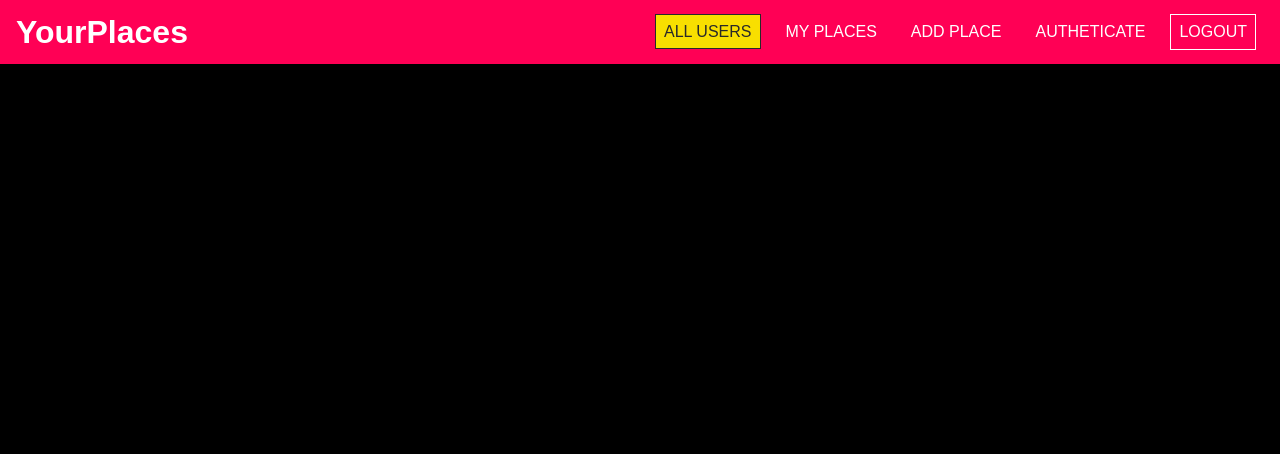
Repository: TanviSanyal/ImageEditingBootcamp
Page: /
These files come from the project's save history. The page is drawn as it stood at one moment and after the next save; the edit follows.
The browser window is 1280 px wide. The pictures show the whole page.
The project was rebuilt for these pictures with package versions that can differ from the ones it lists, and the page was loaded fresh each time. Also part of the build but not shown: src/shared/components/navigation/SideDrawer.css, src/shared/components/UIElements/Backdrop.css, src/shared/components/UIElements/Backdrop.js.

Above is the page before, as saved 2020-09-26 22:53:10.

### public/index.html
<!DOCTYPE html>
<html lang="en">
  <head>
    <meta charset="utf-8" />
    <link rel="icon" href="%PUBLIC_URL%/favicon.ico" />
    <meta name="viewport" content="width=device-width, initial-scale=1" />
    <meta name="theme-color" content="#000000" />
    <meta
      name="description"
      content="Web site created using create-react-app"
    />
    <link rel="apple-touch-icon" href="%PUBLIC_URL%/logo192.png" />
    <link rel="manifest" href="%PUBLIC_URL%/manifest.json" />
    <title>React App</title>
  </head>
  <body>
    <noscript>You need to enable JavaScript to run this app.</noscript>
    <div id="backdrop-hook"></div>
    <div id="modal-hook"></div>
    <div id="drawer-hook"></div>
    <div id="root"></div>
  </body>
</html>

### src/index.css
@import url('https://fonts.googleapis.com/css?family=Open+Sans:400,700&display=swap');

* {
  box-sizing: border-box;
}

html {
  font-family:Arial, Helvetica, sans-serif;
	font-weight:normal;
}

body {
  margin: 0;
  background: black;
}

### src/App.js
import React from 'react';
import {
  BrowserRouter as Router,
  Route,
  Redirect,
  Switch
} from 'react-router-dom';
import './App.css'
import MainNavigation from '../src/shared/components/navigation/MainNavigation';


const App = () => {

  // <Switch>
  //   <Route path="/" exact>
  //     {/* <Users /> */}
  //   </Route>
  //   <Route path="/:userId/places" exact>
  //     {/* <UserPlaces /> */}
  //   </Route>
  //   <Route path="/places/new" exact>
  //     {/* <NewPlace /> */}
  //   </Route>
  //   <Route path='/places/:placeId'>
  //     {/* <UpdatePlace /> */}
  //   </Route>
  //   <Redirect to="/" />
  // </Switch>

  return (
    <Router>
      <MainNavigation />
      <main className="main-body">
        <h1 className="text1">welcome to</h1>
        <h1 className="text2"> Online Image Editing Bootcamp</h1>
      </main>
    </Router>
  );
};

export default App;

### src/App.css
.main-body span{
  color: white;
  text-transform: uppercase;
  display: block;
}
.main-body{
  text-align: center;
  position: absolute;
  top: 40%;
  left:50%;
  transform: translate(-50%,-50%);
}

.text2{
  font-size:160%;
}

### src/shared/components/navigation/MainNavigation.js
import React, { useState } from 'react';
import { Link } from 'react-router-dom';

import MainHeader from './MainHeader';
import NavLinks from './NavLinks';
import SideDrawer from './SideDrawer';
import Backdrop from '../UIElements/Backdrop';
import './MainNavigation.css';

const MainNavigation = props => {
  const [drawerIsOpen, setDrawerIsOpen] = useState(false);

  const openDrawerHandler = () => {
    setDrawerIsOpen(true);
  };

  const closeDrawerHandler = () => {
    setDrawerIsOpen(false);
  };

  return (
    <React.Fragment>
      {drawerIsOpen && <Backdrop onClick={closeDrawerHandler} />}
      <SideDrawer show={drawerIsOpen} onClick={closeDrawerHandler}>
        <nav className="main-navigation__drawer-nav">
          <NavLinks />
        </nav>
      </SideDrawer>

      <MainHeader>
        <button className="main-navigation__menu-btn" onClick={openDrawerHandler}>
          <span />
          <span />
          <span />
        </button>
        <h1 className="main-navigation__title">
          <Link to="/">YourPlaces</Link>
        </h1>
        <nav className="main-navigation__header-nav">
          <NavLinks />
        </nav>
      </MainHeader>
    </React.Fragment>
  );
};

export default MainNavigation;

### src/shared/components/navigation/MainHeader.js
import React from 'react';

import './MainHeader.css';

const MainHeader = props => {
  return <header className="main-header">{props.children}</header>;
};

export default MainHeader;

### src/shared/components/navigation/NavLinks.js
import React,{useContext} from 'react';
import './NavLinks.css';
import {NavLink} from 'react-router-dom';
// import {AuthContext} from '../../context/auth-context';

const NavLinks = props => {

    // const auth = useContext(AuthContext);
    return(
        <ul className="nav-links">
            <li>
                <NavLink to="/" exact>ALL USERS</NavLink>
            </li>
           <li>
                <NavLink to="/u1/places">MY PLACES</NavLink>
            </li>
           <li>
                <NavLink to="/places/new">ADD PLACE</NavLink>
            </li>
            <li>
                <NavLink to="/auth">AUTHETICATE</NavLink>
            </li>
             <li><button >LOGOUT</button></li>
        </ul>
    );
};

export default NavLinks;

### src/shared/components/navigation/MainNavigation.css
.main-navigation__menu-btn {
    width: 3rem;
    height: 3rem;
    background: transparent;
    border: none;
    display: flex;
    flex-direction: column;
    justify-content: space-around;
    margin-right: 2rem;
    cursor: pointer;
  }

  .main-navigation__menu-btn span {
    display: block;
    width: 3rem;
    height: 2.5px;
    background: white;
  }

  .main-navigation__title {
    color: white;
  }

  .main-navigation__title a {
    text-decoration: none;
    color: white;
  }

  .main-navigation__header-nav {
    display: none;
  }

  .main-navigation__drawer-nav {
    height: 100%;
  }

  @media (min-width: 768px) {
    .main-navigation__menu-btn {
      display: none;
    }

    .main-navigation__header-nav {
      display: block;
    }
  }

### src/shared/components/navigation/NavLinks.css
.nav-links {
    list-style: none;
    margin: 0;
    padding: 0;
    width: 100%;
    height: 100%;
    display: flex;
    flex-direction: column;
    justify-content: center;
    align-items: center;
  }

  .nav-links li {
    margin: 1rem;
  }

  .nav-links a {
    border: 1px solid transparent;
    color: #292929;
    text-decoration: none;
    padding: 0.5rem;
  }

  .nav-links a:hover,
  .nav-links a:active,
  .nav-links a.active {
    background: #f8df00;
    border-color: #292929;
    color: #292929;
  }

  .nav-links button {
    cursor: pointer;
    border: 1px solid #292929;
    color: #292929;
    background: transparent;
    padding: 0.5rem;
    font: inherit;
  }

  .nav-links button:focus {
    outline: none;
  }

  .nav-links button:hover,
  .nav-links button:active {
    background: #292929;
    color: white;
  }

  @media (min-width: 768px) {
    .nav-links {
      flex-direction: row;
    }

    .nav-links li {
      margin: 0 0.5rem;
    }

    .nav-links a {
      color: white;
      text-decoration: none;
    }

    .nav-links button {
      border: 1px solid white;
      color: white;
      background: transparent;
    }

    .nav-links button:hover,
    .nav-links button:active {
      background: #f8df00;
      color: #292929;
    }
  }

Loaded but not shown: src/index.js (common file); src/shared/components/navigation/SideDrawer.js (common file); src/shared/components/navigation/MainHeader.css (common file)

After the next save:
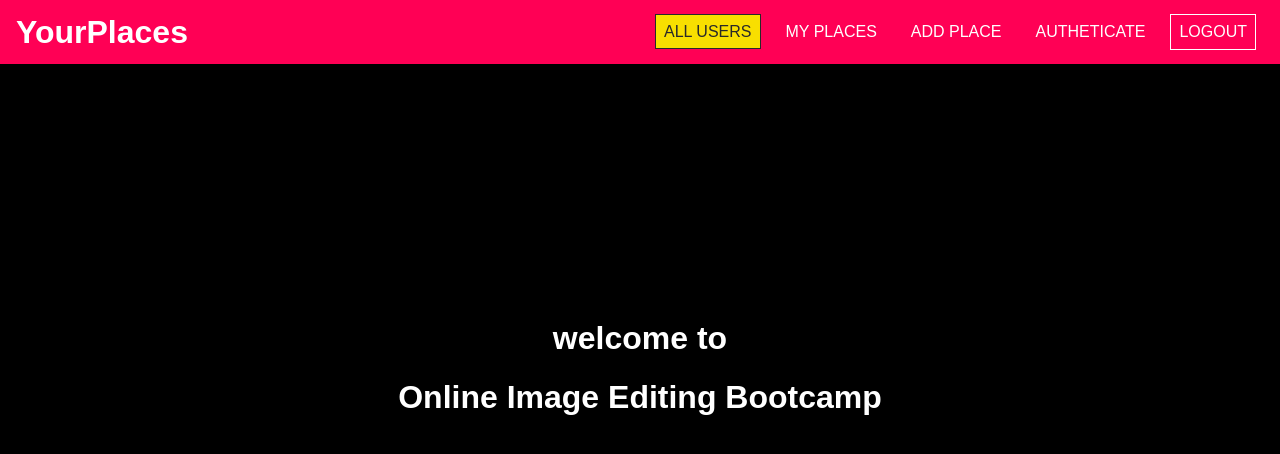
Saved 20 s later.
--- a/src/App.css
+++ b/src/App.css
@@ -11,6 +11,6 @@
   transform: translate(-50%,-50%);
 }
 
-.text2{
-  font-size:160%;
+h1{
+  color: white;
 }

After the save that followed:
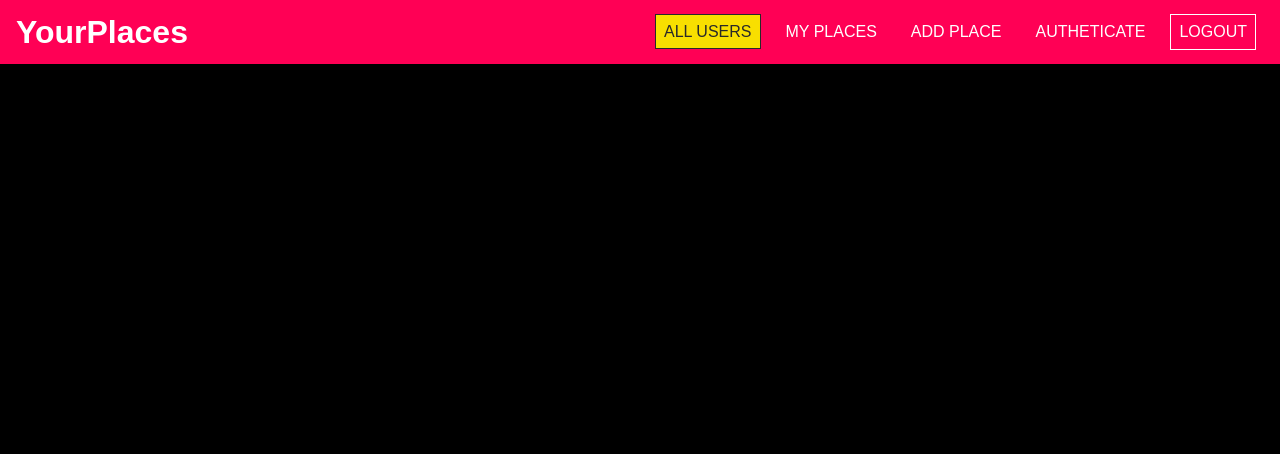
Saved 46 s later.
--- a/src/App.css
+++ b/src/App.css
@@ -11,6 +11,6 @@
   transform: translate(-50%,-50%);
 }
 
-h1{
+span{
   color: white;
 }
